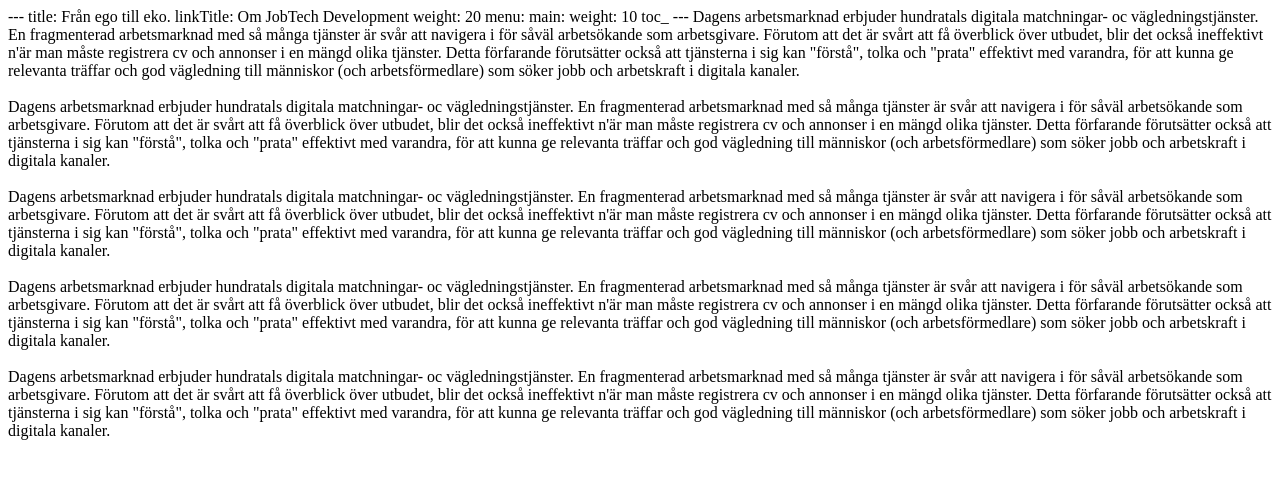
Repository: rudasn/docsy-cms-netlify
Page: content/sv/about/_index.html
An editor plug-in stored every save of this project. The page is shown before and after the next save, followed by the edit.
The browser window is 1280 px wide. The pictures show the whole page.

Above is the page before, as saved 2021-05-04 15:15:31.

### content/sv/about/_index.html

---
title: Från ego till eko.
linkTitle: Om JobTech Development
weight: 20
menu:
  main:
    weight: 10
toc_
---




Dagens arbetsmarknad erbjuder hundratals digitala matchningar- oc  vägledningstjänster.
En fragmenterad arbetsmarknad med så många tjänster är svår att navigera i för såväl arbetsökande som arbetsgivare. Förutom att det är svårt att få överblick över utbudet, blir det också ineffektivt n'är man  måste registrera cv och annonser i en mängd olika tjänster.
Detta förfarande förutsätter också att tjänsterna i sig kan "förstå", tolka och "prata" effektivt med varandra, för att kunna ge relevanta träffar och god vägledning till människor (och arbetsförmedlare)
som söker jobb och arbetskraft i digitala kanaler.  <br>
<br>


Dagens arbetsmarknad erbjuder hundratals digitala matchningar- oc  vägledningstjänster.
En fragmenterad arbetsmarknad med så många tjänster är svår att navigera i för såväl arbetsökande som arbetsgivare. Förutom att det är svårt att få överblick över utbudet, blir det också ineffektivt n'är man  måste registrera cv och annonser i en mängd olika tjänster.
Detta förfarande förutsätter också att tjänsterna i sig kan "förstå", tolka och "prata" effektivt med varandra, för att kunna ge relevanta träffar och god vägledning till människor (och arbetsförmedlare)
som söker jobb och arbetskraft i digitala kanaler.
<br>
<br>


Dagens arbetsmarknad erbjuder hundratals digitala matchningar- oc  vägledningstjänster.
En fragmenterad arbetsmarknad med så många tjänster är svår att navigera i för såväl arbetsökande som arbetsgivare. Förutom att det är svårt att få överblick över utbudet, blir det också ineffektivt n'är man  måste registrera cv och annonser i en mängd olika tjänster.
Detta förfarande förutsätter också att tjänsterna i sig kan "förstå", tolka och "prata" effektivt med varandra, för att kunna ge relevanta träffar och god vägledning till människor (och arbetsförmedlare)
som söker jobb och arbetskraft i digitala kanaler.
<br><br>

Dagens arbetsmarknad erbjuder hundratals digitala matchningar- oc  vägledningstjänster.
En fragmenterad arbetsmarknad med så många tjänster är svår att navigera i för såväl arbetsökande som arbetsgivare. Förutom att det är svårt att få överblick över utbudet, blir det också ineffektivt n'är man  måste registrera cv och annonser i en mängd olika tjänster.
Detta förfarande förutsätter också att tjänsterna i sig kan "förstå", tolka och "prata" effektivt med varandra, för att kunna ge relevanta träffar och god vägledning till människor (och arbetsförmedlare)
som söker jobb och arbetskraft i digitala kanaler.
<br><br>

Dagens arbetsmarknad erbjuder hundratals digitala matchningar- oc  vägledningstjänster.
En fragmenterad arbetsmarknad med så många tjänster är svår att navigera i för såväl arbetsökande som arbetsgivare. Förutom att det är svårt att få överblick över utbudet, blir det också ineffektivt n'är man  måste registrera cv och annonser i en mängd olika tjänster.
Detta förfarande förutsätter också att tjänsterna i sig kan "förstå", tolka och "prata" effektivt med varandra, för att kunna ge relevanta träffar och god vägledning till människor (och arbetsförmedlare)
som söker jobb och arbetskraft i digitala kanaler.

After the next save:
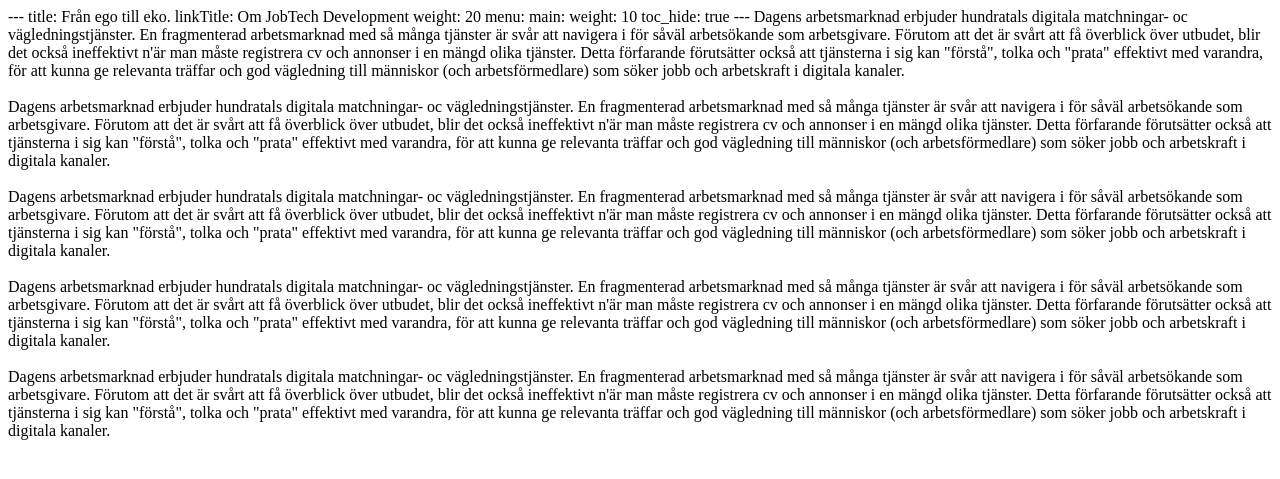
Saved 4 s later.
--- a/content/sv/about/_index.html
+++ b/content/sv/about/_index.html
@@ -6,7 +6,7 @@
 menu:
   main:
     weight: 10
-toc_
+toc_hide: true
 ---
 
 
